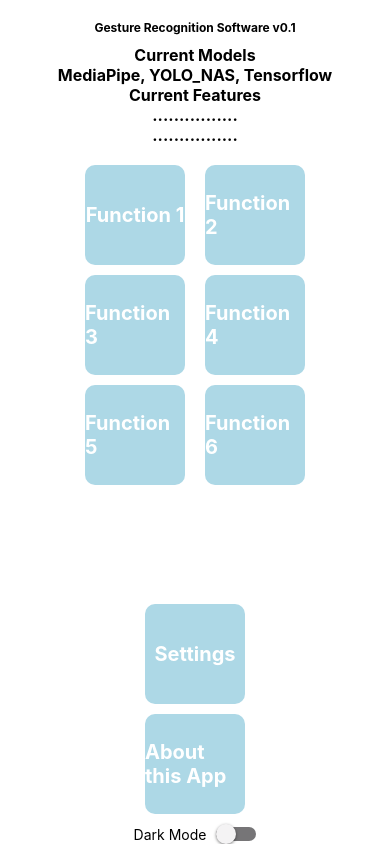
Repository: hajin-park/V-QUIP
Page: / (app in frontend/react-native-app/)
The author's editor kept a copy of each file at every save. The page is drawn from the files as they stood at one save, then again after the next save.
The browser window is 390 px wide. The pictures show the whole page.
The app was drawn by React Native's web renderer in a window 390 px wide. The project was rebuilt for these pictures with package versions that can differ from the ones it lists, and the page was loaded fresh each time.

Above is the page before, as saved 2024-04-08 00:04:37.

### frontend/react-native-app/App.js
import React, { useState } from 'react';
import { StatusBar } from 'expo-status-bar';
import { StyleSheet, Text, View, TouchableOpacity, Switch } from 'react-native';

export default function App() {
  const [darkMode, setDarkMode] = useState(false);

  const handleOptionClick = (option) => {
    // Handle click event for the selected option
    console.log(`Function ${option} clicked`);
  };

  return (
    <View style={[styles.container, darkMode && styles.darkContainer]}>
      <Text style={[styles.title, darkMode && styles.darkText]}>Gesture Recognition Software v0.1</Text>
      <View style={styles.infoBox}>
        <Text style={[styles.infoText, darkMode && styles.darkText]}>Current Models</Text>
        <Text style={[styles.infoText, darkMode && styles.darkText]}>MediaPipe, YOLO_NAS, Tensorflow</Text>
        <Text style={[styles.infoText, darkMode && styles.darkText]}>Current Features</Text>
        <Text style={[styles.infoText, darkMode && styles.darkText]}>................</Text>
        <Text style={[styles.infoText, darkMode && styles.darkText]}>................</Text>
      </View>
      <View style={styles.content}>
        <View style={styles.row}>
          <TouchableOpacity style={[styles.box, darkMode && styles.darkBox]} onPress={() => handleOptionClick(1)}>
            <Text style={[styles.text, darkMode && styles.darkText]}>Function 1</Text>
          </TouchableOpacity>
          <TouchableOpacity style={[styles.box, darkMode && styles.darkBox]} onPress={() => handleOptionClick(2)}>
            <Text style={[styles.text, darkMode && styles.darkText]}>Function 2</Text>
          </TouchableOpacity>
        </View>
        <View style={styles.row}>
          <TouchableOpacity style={[styles.box, darkMode && styles.darkBox]} onPress={() => handleOptionClick(3)}>
            <Text style={[styles.text, darkMode && styles.darkText]}>Function 3</Text>
          </TouchableOpacity>
          <TouchableOpacity style={[styles.box, darkMode && styles.darkBox]} onPress={() => handleOptionClick(4)}>
            <Text style={[styles.text, darkMode && styles.darkText]}>Function 4</Text>
          </TouchableOpacity>
        </View>
        <View style={styles.row}>
          <TouchableOpacity style={[styles.box, darkMode && styles.darkBox]} onPress={() => handleOptionClick(5)}>
            <Text style={[styles.text, darkMode && styles.darkText]}>Function 5</Text>
          </TouchableOpacity>
          <TouchableOpacity style={[styles.box, darkMode && styles.darkBox]} onPress={() => handleOptionClick(6)}>
            <Text style={[styles.text, darkMode && styles.darkText]}>Function 6</Text>
          </TouchableOpacity>
        </View>
      </View>
      {/* Settings and About This App boxes */}
      <View style={styles.row}>
          <TouchableOpacity style={[styles.box2, darkMode && styles.darkBox]} onPress={() => handleOptionClick(5)}>
            <Text style={[styles.text, darkMode && styles.darkText]}>Settings</Text>
          </TouchableOpacity>
      </View>
      <View style={styles.row}>
          <TouchableOpacity style={[styles.box2, darkMode && styles.darkBox]} onPress={() => handleOptionClick(6)}>
            <Text style={[styles.text, darkMode && styles.darkText]}>About this App</Text>
          </TouchableOpacity>
        </View>
      <View style={styles.darkModeSwitchContainer}>
        <Text style={[styles.darkModeText, darkMode && styles.darkText]}>Dark Mode</Text>
        <Switch
          trackColor={{ false: "#767577", true: "#81b0ff" }}
          thumbColor={darkMode ? "#f5dd4b" : "#f4f3f4"}
          ios_backgroundColor="#3e3e3e"
          onValueChange={() => setDarkMode(!darkMode)}
          value={darkMode}
        />
      </View>
      <StatusBar style="auto" />
    </View>
  );
}

const styles = StyleSheet.create({
  container: {
    flex: 1,
    backgroundColor: '#fff',
    paddingHorizontal: 10,
    paddingTop: 20,
  },
  darkContainer: {
    backgroundColor: '#121212',
  },
  title: {
    fontSize: 12,
    fontWeight: 'bold',
    marginBottom: 10,
    textAlign: 'center',
  },
  darkText: {
    color: '#ffffff',
  },
  infoBox: {
    alignItems: 'center',
    marginBottom: 20,
  },
  infoText: {
    fontSize: 16,
    fontWeight: 'bold',
    color: '#000000',
  },
  content: {
    flex: 1,
    alignItems: 'center',
  },
  row: {
    flexDirection: 'row',
    justifyContent: 'center',
    marginBottom: 10,
  },
  box: {
    width: 100,
    height: 100,
    backgroundColor: '#ADD8E6', // Light blue color
    borderRadius: 10, // Rounded edges
    alignItems: 'center',
    justifyContent: 'center',
    marginHorizontal: 10,
  },
  box2: {
    width: 100,
    height: 100,
    backgroundColor: '#ADD8E6', // Light blue color
    borderRadius: 10, // Rounded edges
    alignItems: 'center',
    justifyContent: 'center',
    marginHorizontal: 10,
  },
  text: {
    fontSize: 20,
    fontWeight: 'bold',
    color: '#FFFFFF', // White text color
  },
  darkBox: {
    backgroundColor: '#2d2d2d', // Dark gray color
  },
  horizontalContainer: {
    flexDirection: 'row',
    justifyContent: 'space-between',
    marginBottom: 10,
  },
  horizontalBox: {
    width: '70%',
    height: 80,
    backgroundColor: '#ADD8E6', // Light blue color
    borderRadius: 10, // Rounded edges
    alignItems: 'center',
    justifyContent: 'center',
  },
  darkModeSwitchContainer: {
    flexDirection: 'row',
    alignItems: 'center',
    justifyContent: 'center',
  },
  darkModeText: {
    marginRight: 10,
    color: '#000000',
  },
});

After the next save:
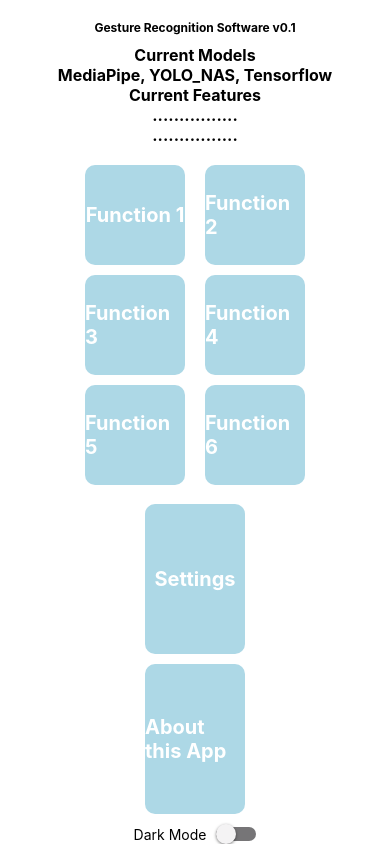
Saved 7 s later.
--- a/frontend/react-native-app/App.js
+++ b/frontend/react-native-app/App.js
@@ -120,7 +120,7 @@ const styles = StyleSheet.create({
   },
   box2: {
     width: 100,
-    height: 100,
+    height: 150,
     backgroundColor: '#ADD8E6', // Light blue color
     borderRadius: 10, // Rounded edges
     alignItems: 'center',
